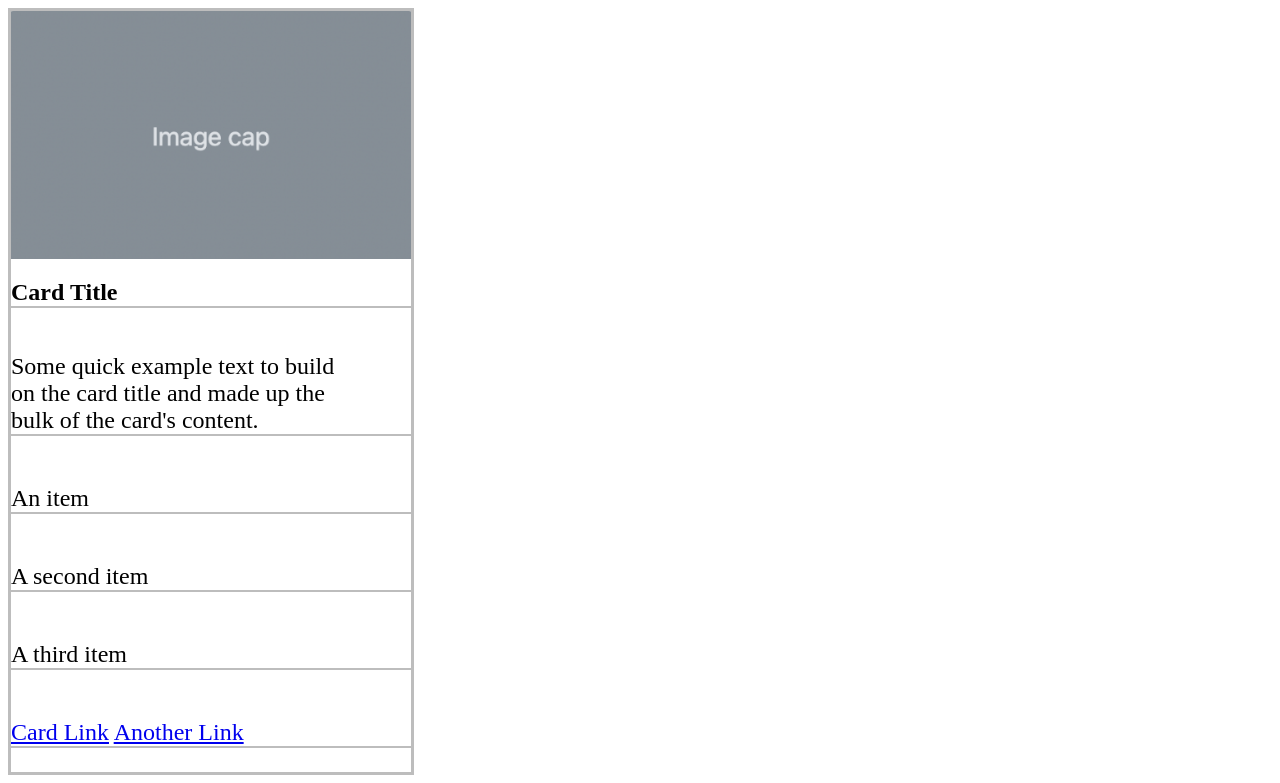
Repository: tr2cky/nav
Page: card.html
An editor plug-in stored every save of this project. The page is shown before and after the next save, followed by the edit.
The browser window is 1280 px wide. The pictures show the whole page.

Above is the page before, as saved 2022-09-27 16:29:20.

### card.html
<!DOCTYPE html>
<html lang="en">

<head>
    <meta charset="UTF-8">
    <meta http-equiv="X-UA-Compatible" content="IE=edge">
    <meta name="viewport" content="width=device-width, initial-scale=1.0">
    <title>Document</title>
    <link rel="stylesheet" href="style.css">
</head>

<body>
    <article class="container">
        <img src="imagecap.png" alt="Image Cap">
        <h2>Card Title</h2>
        <p>Some quick example text to build <br>
            on the card title and made up the <br>
            bulk of the card's content.</p>
        <p>An item</p>
        <p>A second item</p>
        <p>A third item</p>
        <p><a href="https://google.com">Card Link</a> <a href="https://twitter.com">Another Link</a></p>
    </article>
</body>

</html>

### style.css
.container {
    display: flex;
    flex-direction: column;
    border: 3px solid rgba(128, 128, 128, 0.516);
    max-width: 400px;
    gap: 1px;
}
.container > img {
    max-width: 1400px;
}
.container > p, h2 {
    font-size: 1.5rem;
    border-bottom: 2px solid rgba(128, 128, 128, 0.516);
}
.container:nth-child(7) {
    border-bottom: none;
}

After the next save:
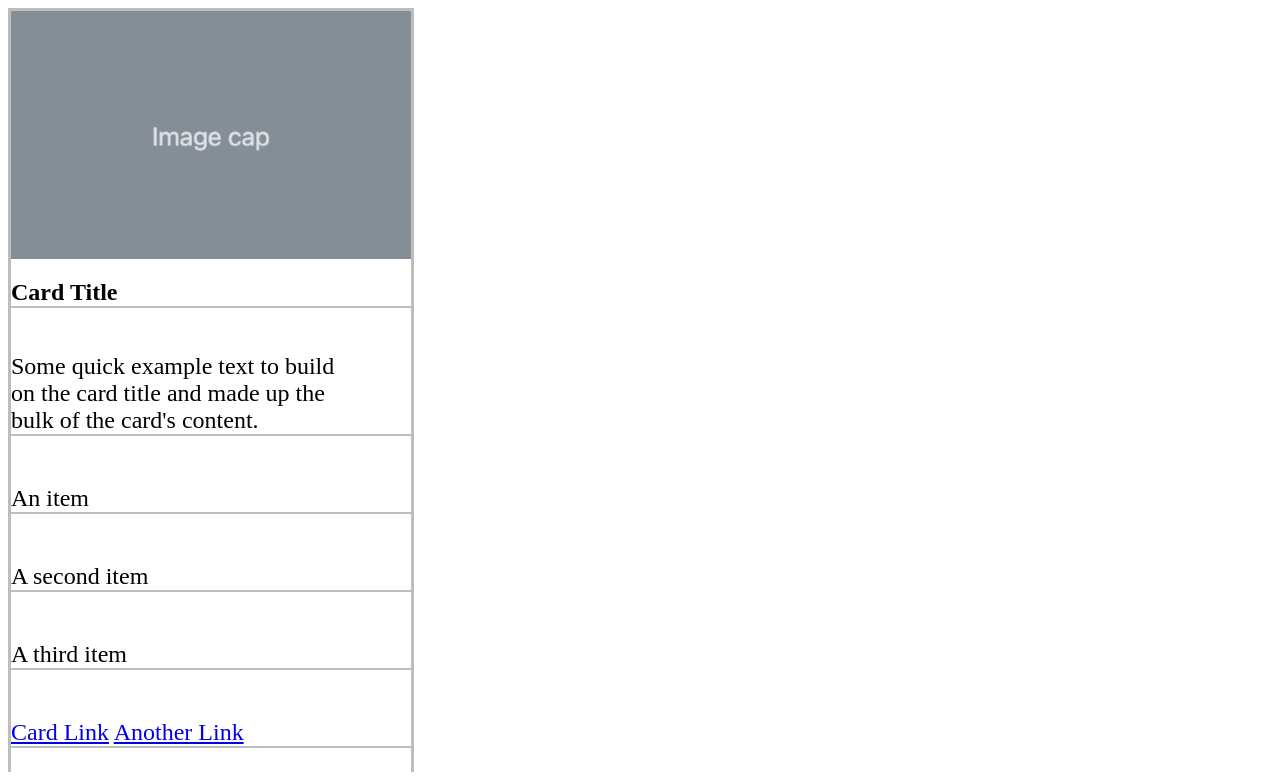
Saved 98 s later.
--- a/style.css
+++ b/style.css
@@ -12,6 +12,6 @@
     font-size: 1.5rem;
     border-bottom: 2px solid rgba(128, 128, 128, 0.516);
 }
-.container:nth-child(7) {
+.container:last-child {
     border-bottom: none;
 }

After the save that followed:
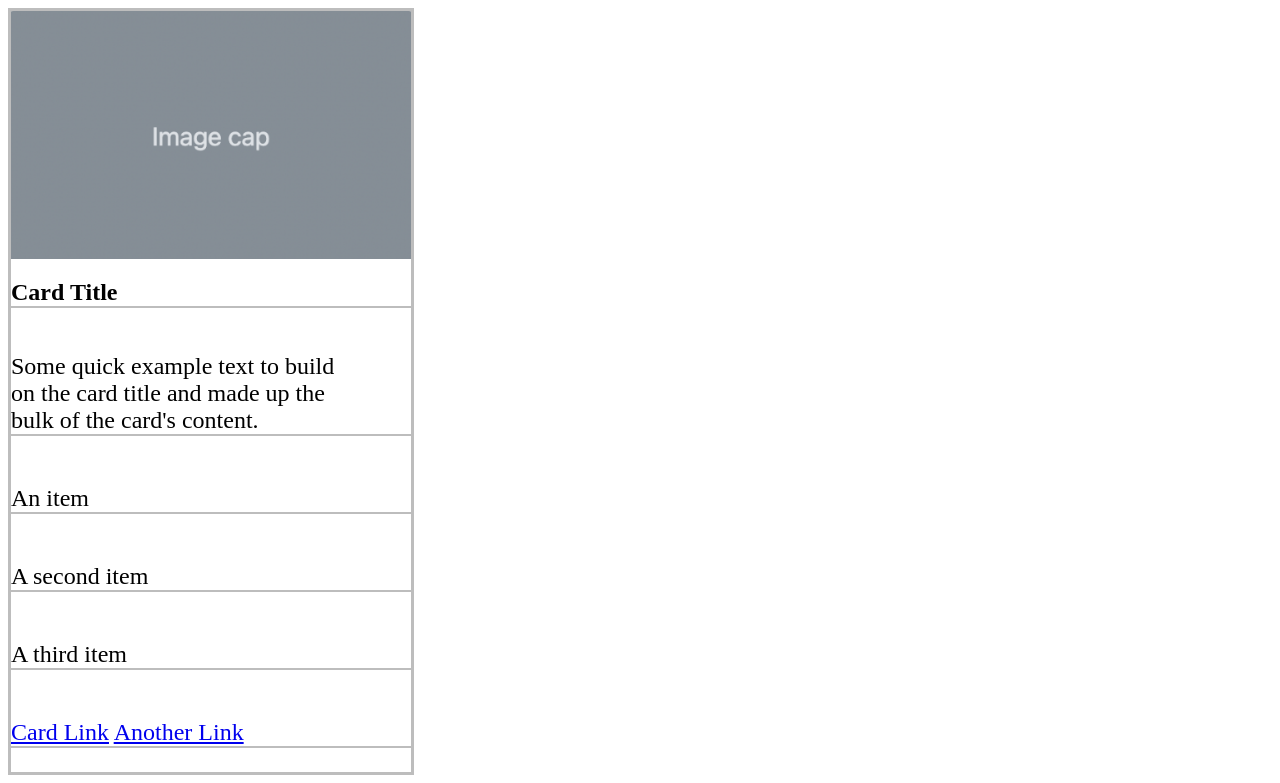
Saved 51 s later.
--- a/style.css
+++ b/style.css
@@ -12,6 +12,6 @@
     font-size: 1.5rem;
     border-bottom: 2px solid rgba(128, 128, 128, 0.516);
 }
-.container:last-child {
+.container:nth-child(8) {
     border-bottom: none;
 }
